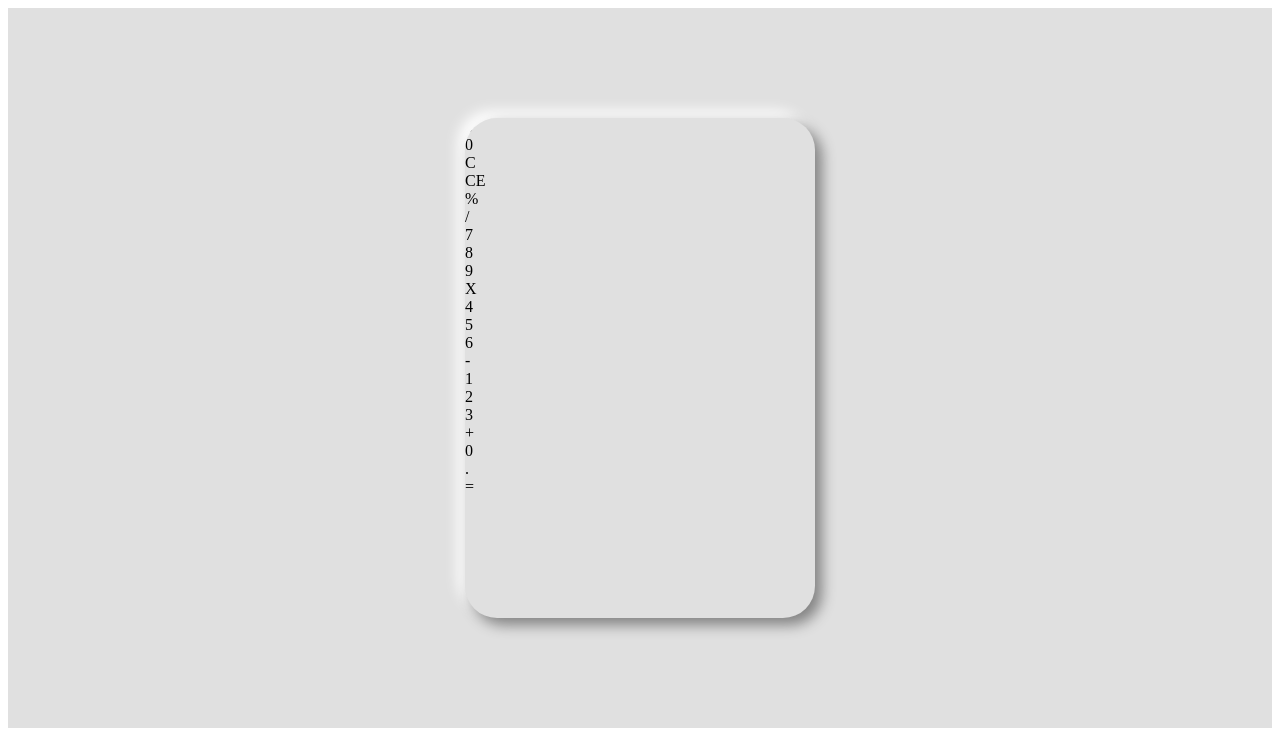
Repository: Goldmyn/Calculator
Page: index.html
An editor plug-in stored every save of this project. The page is shown before and after the next save, followed by the edit.
The browser window is 1280 px wide. The pictures show the whole page.

Above is the page before, as saved 2022-09-28 01:34:10.

### index.html
<!DOCTYPE html>
<html lang="en">
<head>
    <meta charset="UTF-8">
    <meta http-equiv="X-UA-Compatible" content="IE=edge">
    <meta name="viewport" content="width=device-width, initial-scale=1.0">
    <title>Document</title>
    <link rel="stylesheet" href="index.css">
</head>
<body>
    <header>

    </header>

    <section>
        <div class="container">
            <div class="calculator">
                <div class="display">
                    <div class="display-1">0</div>
                    <div class="border"> <div class="display-2">0</div> </div>
                </div>
                <div class="all_buttons">
                    <div class="button all_clear">C</div>
                    <div class="button last_entity_clear">CE</div>
                    <div class="button operation">%</div>
                    <div class="button operation">/</div>
                    <div class="button number">7</div>
                    <div class="button number">8</div>
                    <div class="button number">9</div>
                    <div class="button operation">X</div>
                    <div class="button number">4</div>
                    <div class="button number">5</div>
                    <div class="button number">6</div>
                    <div class="button operation">-</div>
                    <div class="button number">1</div>
                    <div class="button number">2</div>
                    <div class="button number">3</div>
                    <div class="button operation">+</div>
                    <div class="button btn-0 number">0</div>
                    <div class="button number dot">.</div>
                    <div class="button equal">=</div>
                </div>
            </div>
        </div>
    </section>
</body>
</html>

### index.css
html {
    font-family: 'Gill Sans', 'Gill Sans MT', Calibri, 'Trebuchet MS', sans-serif';
}

section {
    background-color: #e0e0e0;
    min-height: 100vh;
    width: 100%;
    display: flex;
    align-items: center;
    justify-content: center;
}

.container {
    background-color: #e0e0e0;
    width: 90%;
    height: 500px;
    max-width: 350px;
    border-radius: 32px;
    background: #e0e0e0;
    box-shadow: 7px 7px 14px #828282, -7px -7px 14px #ffffff;
    overflow: hidden;
}

.display {
    height
}

After the next save:
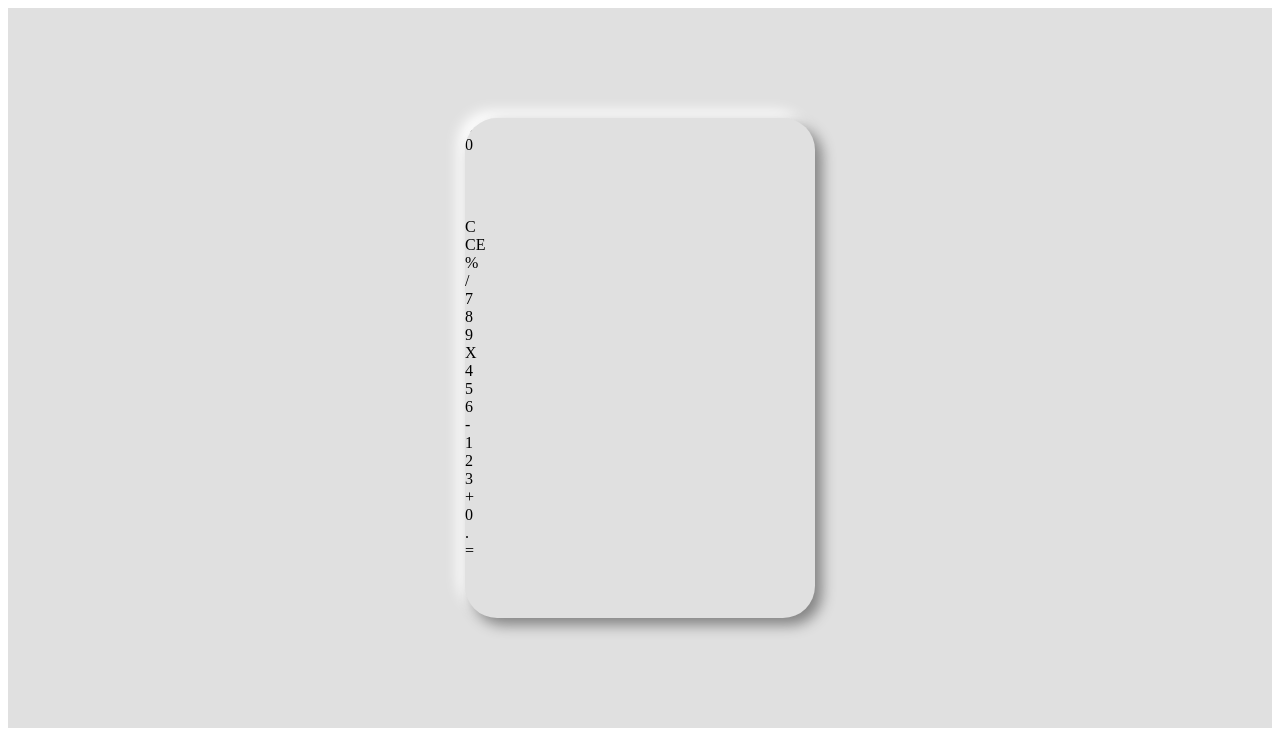
Saved 5 s later.
--- a/index.css
+++ b/index.css
@@ -23,5 +23,6 @@ section {
 }
 
 .display {
-    height
+    height: 100px;
+
 }
